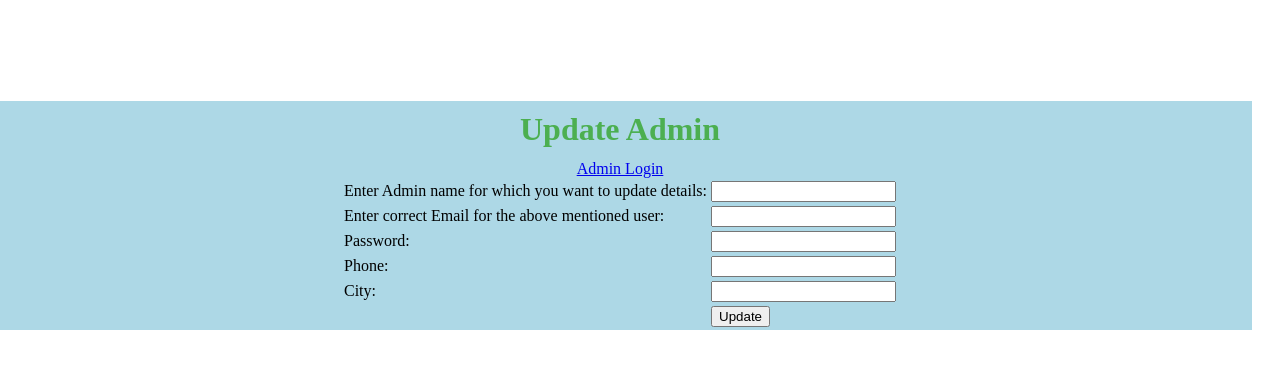
Repository: priyankagit8692/Phase_2_SimpliLearn-
Page: http://localhost/LearnerAcademyProject/AdminUpdate.jsp
An editor plug-in stored every save of this project. The page is shown before and after the next save, followed by the edit.
The browser window is 1280 px wide. The pictures show the whole page.
The page is served by Tomcat 9.

Above is the page before, as saved 2021-03-20 17:26:38.

After the next save:
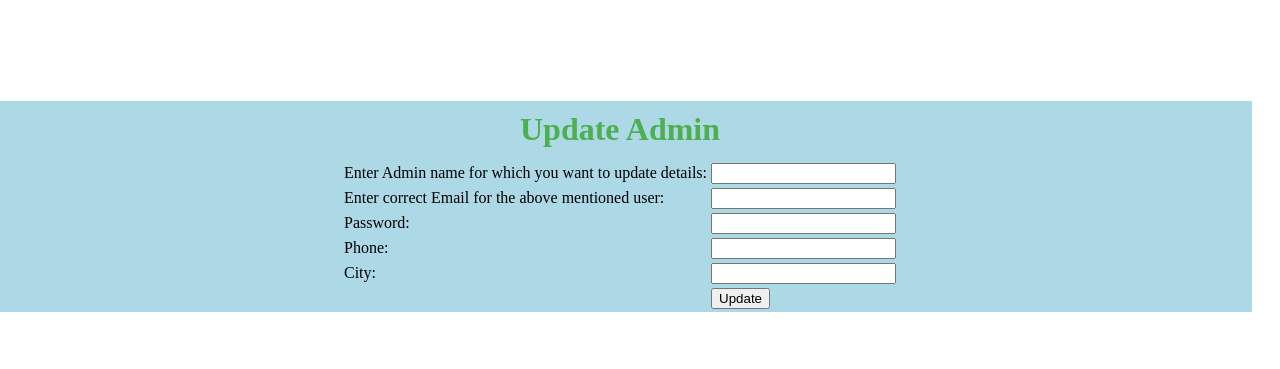
Saved 3 min 29 s later.
--- a/FinalProjectPhase2/LearnerAcademyProject/WebContent/AdminUpdate.jsp
+++ b/FinalProjectPhase2/LearnerAcademyProject/WebContent/AdminUpdate.jsp
@@ -18,11 +18,10 @@ h1{
 </head>
 <body>
 <div align='center'>
-    <h1>Update Admin</h1>
-    <a href="AdminLogin.jsp">Admin Login</a>
+     <h1>Update Admin</h1>
     <form method="post" action="adminUpdate">
         <table>
-             <tr>
+            <tr>
                 <td>Enter Admin name for which you want to update details:</td>
                 <td><input type="text" name="adminName"></td>
             </tr>
@@ -49,12 +48,13 @@ h1{
                 </td>
             </tr>
         </table>
+
+
         <c:if test="${not empty msg}">
             <c:out value="${msg}"/>
         </c:if>
 
     </form>
-</div>
 
 
 </body>
